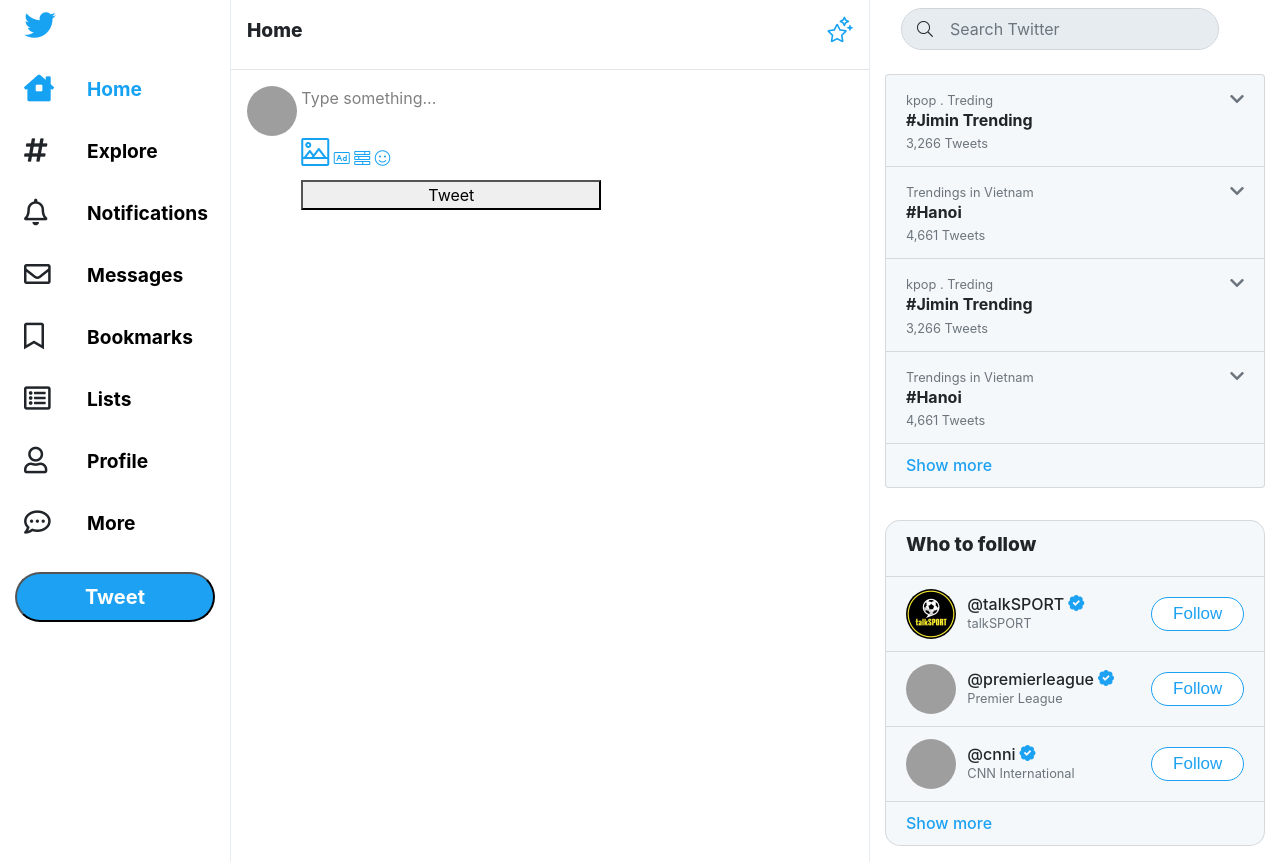
Repository: tts2610/Twitter-clone
Page: index.html
These files come from the project's save history. The page is drawn as it stood at one moment and after the next save; the edit follows.
The browser window is 1280 px wide. The pictures show the whole page.
Pictures or frames that could not be fetched are drawn as grey boxes.

Above is the page before, as saved 2020-05-23 16:34:54.

### index.html
<!DOCTYPE html>
<html lang="en">

<head>
    <meta charset="UTF-8">
    <!-- <meta name="viewport" content="width=device-width, initial-scale=1.0"> -->
    <title>Document</title>
    <link rel="stylesheet" href="css/style.css">
    <!-- Latest compiled and minified CSS -->
    <link rel="stylesheet" href="https://maxcdn.bootstrapcdn.com/bootstrap/4.5.0/css/bootstrap.min.css">

    <!-- jQuery library -->
    <script src="https://ajax.googleapis.com/ajax/libs/jquery/3.5.1/jquery.min.js"></script>

    <!-- Popper JS -->
    <script src="https://cdnjs.cloudflare.com/ajax/libs/popper.js/1.16.0/umd/popper.min.js"></script>

    <!-- Latest compiled JavaScript -->
    <script src="https://maxcdn.bootstrapcdn.com/bootstrap/4.5.0/js/bootstrap.min.js"></script>

    <!-- <link rel="stylesheet" crossorigin="anonymous" href="https://use.fontawesome.com/releases/v5.6.3/css/all.css" integrity="sha384-UHRtZLI+pbxtHCWp1t77Bi1L4ZtiqrqD80Kn4Z8NTSRyMA2Fd33n5dQ8lWUE00s/" /> -->
    <link rel="stylesheet" href="css/all.css">

</head>


<body>
    <div class="container" style="width: 100%;">
        <div class="row">
            <div class="col-3 pr-5">
                <div class="row">
                    <div class="col"><img src="/img/twt-logo1.png" alt="twitter-logo" width="50" height="50"></div>
                </div>
                <div class="row my-3">
                    <div id="outerMenuContainer" style="color: #16a2f2;">
                        <div class="col-2 mr-4 py-2 px-4" style="font-size: 20px;"><i class="fas fa-house fa-lg"></i></div>
                        <div class="col-10 py-2" style="margin-right: 0px;padding-right: 0px;font-weight: 700;font-size: larger;"> <a href="#Home" style="color: #16a2f2;">Home</a></div>
                    </div>

                </div>
                <div class="row my-3">
                    <div id="outerMenuContainer">
                        <div class="col-2 mr-4 py-2 px-4" style="font-size: 20px;"><i class="fas fa-hashtag fa-lg"></i></div>
                        <div class="col-10" style="margin-right: 0px;padding-right: 0px;font-weight: 700;font-size: larger;"><a href="#services">Explore</a></div>

                    </div>
                </div>
                <div class="row my-3">
                    <div id="outerMenuContainer">
                        <div class="col-2 mr-4 py-2 px-4" style="font-size: 20px;"><i class="far fa-bell fa-lg"></i></div>
                        <div class="col-10" style="margin-right: 0px;padding-right: 0px;font-weight: 700;font-size: larger;"><a href="#clients">Notifications</a></div>

                    </div>
                </div>
                <div class="row my-3">
                    <div id="outerMenuContainer">
                        <div class="col-2 mr-4 py-2 px-4" style="font-size: 20px;"><i class="far fa-envelope fa-lg"></i></div>
                        <div class="col-10" style="margin-right: 0px;padding-right: 0px;font-weight: 700;font-size: larger;"><a href="#contact">Messages</a></div>
                    </div>
                </div>
                <div class="row my-3">
                    <div id="outerMenuContainer">
                        <div class="col-2 mr-4 py-2 px-4" style="font-size: 20px;"><i class="far fa-bookmark fa-lg"></i></div>
                        <div class="col-10" style="margin-right: 0px;padding-right: 0px;font-weight: 700;font-size: larger;"><a href="#clients">Bookmarks</a></div>
                    </div>
                </div>
                <div class="row my-3">
                    <div id="outerMenuContainer">
                        <div class="col-2 mr-4 py-2 px-4" style="font-size: 20px;"><i class="far fa-list-alt fa-lg"></i></div>
                        <div class="col-10" style="margin-right: 0px;padding-right: 0px;font-weight: 700;font-size: larger;"><a href="#contact">Lists</a></div>
                    </div>
                </div>
                <div class="row my-3">
                    <div id="outerMenuContainer">
                        <div class="col-2 mr-4 py-2 px-4" style="font-size: 20px;"><i class="far fa-user fa-lg"></i></div>
                        <div class="col-10" style="margin-right: 0px;padding-right: 0px;font-weight: 700;font-size: larger;"><a href="#clients">Profile</a></div>
                    </div>
                </div>
                <div class="row my-3">
                    <div id="outerMenuContainer">
                        <div class="col-2 mr-4 py-2 px-4" style="font-size: 20px;"><i class="far fa-comment-dots fa-lg"></i></div>
                        <div class="col-10" style="margin-right: 0px;padding-right: 0px;font-weight: 700;font-size: larger;"><a href="#contact">More</a></div>
                    </div>
                </div>
                <div class="row my-3">
                    <div class="col"><button class="tweetbtn" href="#">Tweet</button></div>
                </div>
            </div>

            <div class="col-6" style="border-right: #e6ecf0 solid 1px; border-left: #e6ecf0 solid 1px; padding-left: 0px; padding-right: 0px;">
                <nav class="navbar sticky-top navbar-light my-2" id="leftNav">
                    <span>Home</span>
                    <span style="color: #16a2f2;"><i class="fal fa-stars fa-lg"></i></span>
                </nav>
                <hr/>
                <div id="inputArea" class="pl-3">
                    <div class="row">
                        <div class="col-1">
                            <img src="https://d3pc1xvrcw35tl.cloudfront.net/ln/feedImages/643x481/bwpUoL-J_400x400_ckOpi7f_4RVQqqi_ZPjpFJN_cnPYP1e_202004.jpg" id="moreToFollowImg" alt="Avatar">
                        </div>
                        <div class="col-11">
                            <div contenteditable="true" placeholder="Type something..." id="tweetArea"></div>

                            <div class="utilityBar">
                                <div style="color:#16a2f2 ;">
                                    <i class="fal fa-image-polaroid fa-2x"></i>
                                    <i class="fal fa-ad"></i>
                                    <i class="fal fa-tasks-alt"></i>
                                    <i class="fal fa-smile"></i>
                                </div>
                                <div></div>
                            </div>
                            <button id="tweetBtn" onclick="post()">Tweet</button>
                            <span id="remain"></span>
                            <!-- <div id="content" class="mt-5"></div> -->
                        </div>
                        <!-- <input type="text" id="tweetArea" placeholder="What's happening"> -->


                    </div>



                </div>
            </div>

            <div class="col-3">
                <nav class="navbar sticky-top navbar-light" id="rightNav">
                    <span style="position: absolute;z-index: 100;"><i class="fal fa-search ml-3"></i></span>
                    <div><input class="form-control mr-sm-2 pl-5" type="search" placeholder="Search Twitter" aria-label="Search" id="search"></div>
                </nav>
                <div id="trendings" class="py-3">
                    <ul class="list-group mb-3">
                        <!-- <li class="list-group-item d-flex justify-content-between lh-condensed header" style="border-radius: 15px 15px 0px 0px;" id="trendingHeader">
                            <div>
                                <div class="trends-header">Trends for you</div>
                            </div>
                            <span class="text-muted"><i class="fal fa-cog" style="COLOR: rgba(29,161,242,1.00); font-size: larger;"></i></span>
                        </li> -->
                        <li class="list-group-item d-flex justify-content-between lh-condensed content" id="trending1">
                            <div>
                                <small class="text-muted">Trendings in Vietnam</small>
                                <h6 class="my-0 hashtag">#Hanoi</h6>
                                <small class="text-muted">4,661 Tweets</small>
                            </div>
                            <span class="text-muted"><i class="fas fa-chevron-down"></i></span>
                        </li>
                        <li class="list-group-item d-flex justify-content-between lh-condensed content" id="trending2">
                            <div>
                                <small class="text-muted">kpop . Treding</small>
                                <h6 class="my-0 hashtag">#Jimin Trending</h6>
                                <small class="text-muted">3,266 Tweets</small>
                            </div>
                            <span class="text-muted"><i class="fas fa-chevron-down"></i></span>
                        </li>
                        <li class="list-group-item d-flex justify-content-between lh-condensed content" id="trending3">
                            <div>
                                <small class="text-muted">Trendings in Vietnam</small>
                                <h6 class="my-0 hashtag">#Hanoi</h6>
                                <small class="text-muted">4,661 Tweets</small>
                            </div>
                            <span class="text-muted"><i class="fas fa-chevron-down"></i></span>
                        </li>
                        <li class="list-group-item d-flex justify-content-between lh-condensed content" id="trending4">
                            <div>
                                <small class="text-muted">kpop . Treding</small>
                                <h6 class="my-0 hashtag">#Jimin Trending</h6>
                                <small class="text-muted">3,266 Tweets</small>
                            </div>
                            <span class="text-muted"><i class="fas fa-chevron-down"></i></span>
                        </li>
                        <li class="list-group-item d-flex justify-content-between lh-condensed content" style="border-radius: 0px 0px 15px 15px">
                            <div>
                                <h6 class="my-0"><a href="#" style="COLOR: rgba(29,161,242,1.00); text-decoration: none;">Show more</a></h6>
                            </div>
                        </li>
                    </ul>
                </div>

                <div id="whoToFollow" class="">
                    <ul class="list-group mb-3">
                        <li class="list-group-item d-flex justify-content-between lh-condensed" style="border-radius: 15px 15px 0px 0px;">
                            <div>
                                <h5 class="whoToFollow-header">Who to follow</h5>
                            </div>
                        </li>
                        <li class="list-group-item content">
                            <div class="row">
                                <div class="col-2">
                                    <img src="img/profileImages/talkSport.jpg" id="moreToFollowImg" alt="Avatar">
                                </div>
                                <div class="col-6">
                                    <div style="display: flex;">
                                        <h6 class="my-0 hashtag">@talkSPORT</h6>
                                        <i class="ml-1 fas fa-badge-check"></i>
                                    </div>

                                    <small class="text-muted">talkSPORT</small>

                                </div>
                                <div class="col-4">
                                    <a href="#" class="followBtn">Follow</a>
                                </div>
                            </div>
                        </li>
                        <li class="list-group-item content">
                            <div class="row">
                                <div class="col-2">
                                    <img src="https://d3pc1xvrcw35tl.cloudfront.net/ln/feedImages/643x481/bwpUoL-J_400x400_ckOpi7f_4RVQqqi_ZPjpFJN_cnPYP1e_202004.jpg" id="moreToFollowImg" alt="Avatar">
                                </div>
                                <div class="col-6">
                                    <div style="display: flex;">
                                        <h6 class="my-0 hashtag">@premierleague</h6>
                                        <i class="ml-1 fas fa-badge-check"></i>
                                    </div>

                                    <small class="text-muted">Premier League</small>

                                </div>
                                <div class="col-4">
                                    <a href="#" class="followBtn">Follow</a>
                                </div>
                            </div>
                        </li>
                        <li class="list-group-item content">
                            <div class="row">
                                <div class="col-2">
                                    <img src="https://upload.wikimedia.org/wikipedia/commons/thumb/6/66/CNN_International_logo.svg/1200px-CNN_International_logo.svg.png" id="moreToFollowImg" alt="Avatar">
                                </div>
                                <div class="col-6">
                                    <div style="display: flex;">
                                        <h6 class="my-0 hashtag">@cnni</h6>
                                        <i class="ml-1 fas fa-badge-check"></i>
                                    </div>

                                    <small class="text-muted">CNN International</small>

                                </div>
                                <div class="col-4">
                                    <a href="#" class="followBtn">Follow</a>
                                </div>
                            </div>
                        </li>
                        <li class="list-group-item d-flex justify-content-between lh-condensed content" style="border-radius: 0px 0px 15px 15px">
                            <div>
                                <h6 class="my-0"><a href="#" style="COLOR: rgba(29,161,242,1.00); text-decoration: none;">Show more</a></h6>
                            </div>
                        </li>
                    </ul>
                </div>
            </div>
        </div>
        <!-- END COL-3 -->
    </div>

    <script src="js/script.js"></script>
    <script src="js/moment.js"></script>
</body>

</html>

### css/style.css
* {
    box-sizing: border-box;
}

body {
    font-family: “Helvetica Neue”, Helvetica, Arial, sans-serif;
}


/* body .container {
    max-width: 80%;
    padding-left: 0px;
    padding-right: 0px;
} */


/* .container {
    width: 60%;
} */

@media (min-width: 1200px) {
    body .container {
        max-width: 100%;
    }
}


/* extra large devices */

@media screen and (min-width: 1800px) {
    body .container {
        max-width: 70%;
    }
}

.container .row .col-3 {
    max-width: 230px;
}

#leftNav {
    display: flex;
    justify-content: space-between;
    font-size: larger;
    font-weight: 800;
    background-color: white;
}

#rightNav {
    min-width: 380px;
    background-color: white;
}

#rightNav .input-group-prepend {
    background-color: white !important;
    color: white !important;
}

#search {
    border-radius: 30px;
    height: 10px;
    padding: 20px;
    position: relative;
    width: 318px;
    background-color: #e6ecf0;
}

.sidenav {
    height: 100%;
    position: fixed;
    z-index: 1;
    top: 0;
    left: 0;
    background-color: rgb(255, 255, 255);
    overflow-x: hidden;
    padding-top: 20px;
    border-right: 1px solid lightgrey;
}

.sidenav a {
    text-decoration: none;
    font-size: 25px;
    color: #000000;
    display: block;
    font-family: system-ui, -apple-system, BlinkMacSystemFont, "Segoe UI", Roboto, Ubuntu, "Helvetica Neue", sans-serif;
    ;
    margin: 5px;
    margin-bottom: 10px;
}

.sidenav a:hover {
    color: #16afdd;
}

.main {
    margin-left: 160px;
    /* Same as the width of the sidenav /
    font-size: 28px; / Increased text to enable scrolling */
    padding: 0px 10px;
}

@media screen and (max-height: 450px) {
    .sidenav {
        padding-top: 15px;
    }
    .sidenav a {
        font-size: 18px;
    }
}

.tweetbtn {
    height: 50px;
    width: 200px;
    border-radius: 40px;
    background-color: rgb(29, 161, 242);
    color: white;
    font-weight: bolder;
    font-size: 20px;
    cursor: pointer;
    margin-left: 0px;
    margin-top: 10px;
}

.tweetbtn:hover {
    background-color: rgba(26, 145, 218);
}

.home {
    display: flex;
}

.explore {
    display: flex;
}

.notifications {
    display: flex;
}

.messages {
    display: flex;
}

.bookmarks {
    display: flex;
}

.lists {
    display: flex;
}

.profile {
    display: flex;
}

.more {
    display: flex;
}


/* Clear floats after the columns */

.row:after {
    content: "";
    display: table;
    clear: both;
}

tr {
    text-align: center;
}

#tweetBtn {
    margin-top: 10px;
    width: 300px;
}

#trendings {
    min-width: 380px;
}

#trendings .list-group-item {
    background-color: #f5f8fa;
}

#trendings .content {
    cursor: pointer;
}

#trendings .trends-header {
    font-weight: 800;
    font-size: larger;
}

#trendings .content:hover {
    filter: brightness(97%)
}

#trendings ul li .hashtag {
    font-weight: 700;
}

#moreToFollowImg {
    border-radius: 50%;
    width: 50px;
    height: 50px;
}

.fa-badge-check {
    color: rgba(29, 161, 242, 1.00);
}

.followBtn {
    -webkit-border-radius: 20px;
    -moz-border-radius: 20px;
    border-radius: 25px;
    color: #1DA1F2;
    font-family: Arial;
    font-size: 17px;
    font-weight: 200;
    padding: 3px;
    background-color: #FFFFFF;
    border: solid #1DA1F2 1px;
    text-decoration: none;
    /* display: inline-block; */
    cursor: pointer;
    text-align: center;
}

.followBtn:hover {
    color: #1DA1F2;
    background: #CFE7F6;
    border-radius: 25px;
    text-decoration: none;
    opacity: 0.7;
}

#whoToFollow {
    min-width: 380px;
}

#whoToFollow .list-group-item {
    background-color: #f5f8fa;
}

#whoToFollow .content {
    cursor: pointer;
}

#whoToFollow .content:hover {
    filter: brightness(97%)
}

#whoToFollow .row .col-6 {
    display: flex;
    flex-direction: column;
    justify-content: center;
}

#whoToFollow .row .col-6 .hashtag {
    text-overflow: ellipsis;
    white-space: nowrap;
    overflow: hidden;
}

#whoToFollow .row .col-4 {
    display: flex;
    flex-direction: column;
    justify-content: center;
}

#whoToFollow .whoToFollow-header {
    font-weight: 800;
    font-size: larger;
}

h6 {
    font-weight: 700;
}

#content .functionBar {
    display: flex;
    justify-content: space-between;
}

#content .row {
    padding: 30px;
    border: 1px solid lightgrey;
}

#content .row div {
    margin-top: 4px;
}

#outerMenuContainer {
    display: flex;
    flex-direction: row;
    align-items: center;
    width: max-content;
}

#outerMenuContainer:hover {
    color: #1DA1F2 !important;
    background: #CFE7F6;
    border-radius: 25px;
    text-decoration: none;
    opacity: 0.7;
    /* padding: 5px 0px 5px 3px;
    width: max-content; */
}

#outerMenuContainer:hover a {
    color: #1DA1F2 !important;
}

#outerMenuContainer a {
    text-decoration: none;
    color: black;
}

#tweetArea[placeholder]:empty::before {
    content: attr(placeholder);
    color: gray;
}

#tweetArea[placeholder]:empty:focus::before {
    content: "";
    content: attr(placeholder);
    color: gray;
}

#tweetArea[contenteditable]:focus {
    outline: 0px solid transparent;
}

#tweetArea {
    height: 50px;
}

Loaded but not shown: css/all.css (library); js/moment.js (library); js/script.js (192 lines, source omitted)

After the next save:
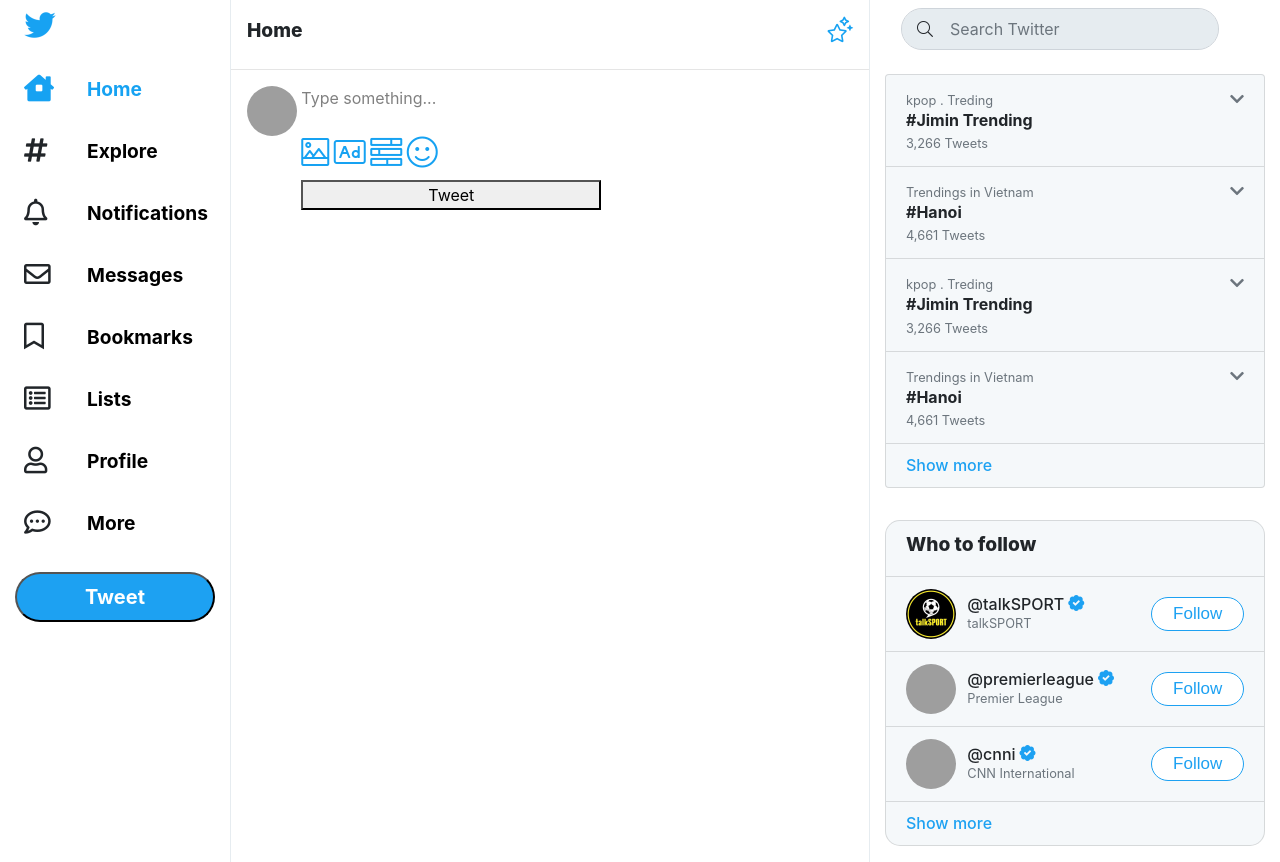
Saved 12 s later.
--- a/index.html
+++ b/index.html
@@ -104,9 +104,9 @@
                             <div class="utilityBar">
                                 <div style="color:#16a2f2 ;">
                                     <i class="fal fa-image-polaroid fa-2x"></i>
-                                    <i class="fal fa-ad"></i>
-                                    <i class="fal fa-tasks-alt"></i>
-                                    <i class="fal fa-smile"></i>
+                                    <i class="fal fa-ad fa-2x"></i>
+                                    <i class="fal fa-tasks-alt fa-2x"></i>
+                                    <i class="fal fa-smile fa-2x"></i>
                                 </div>
                                 <div></div>
                             </div>
